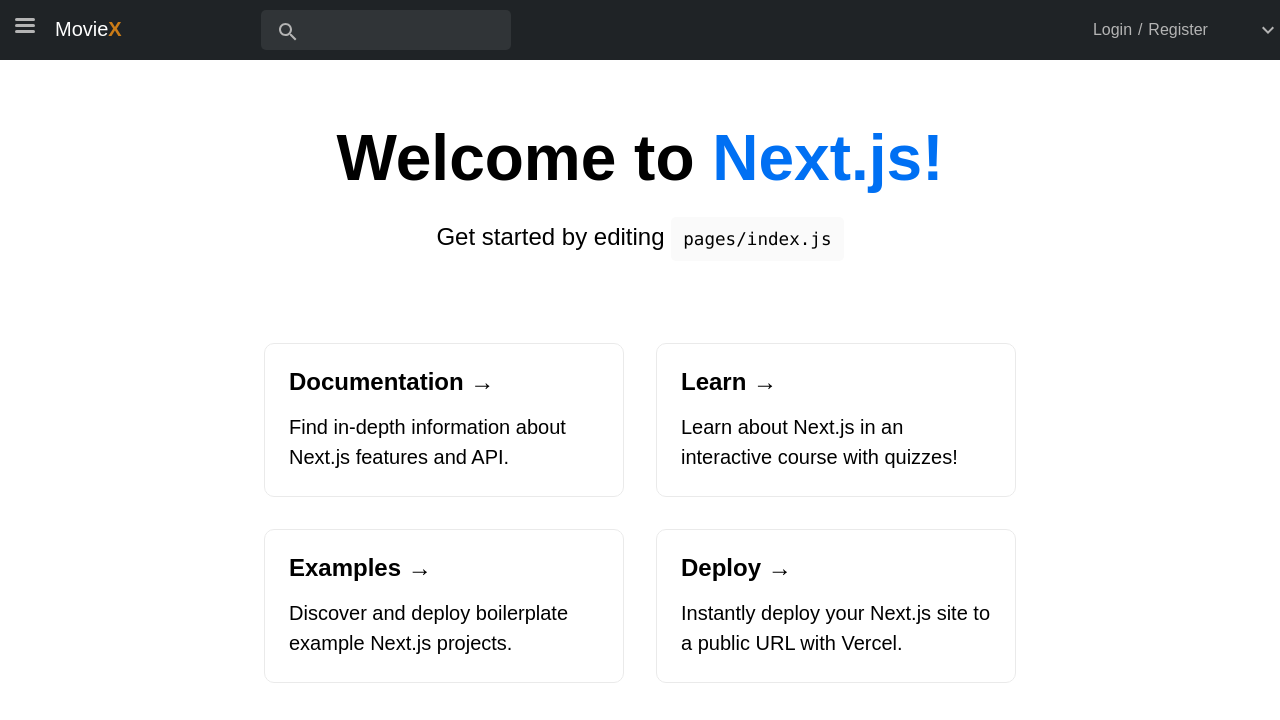
Repository: Amad-Mlinka/MovieTVBrowserNext
Page: /
These files come from the project's save history. The page is drawn as it stood at one moment and after the next save; the edit follows.
The browser window is 1280 px wide. The pictures show the whole page.
An inner scrolling area shows only its first screen. The project was rebuilt for these pictures with package versions that can differ from the ones it lists, and the page was loaded fresh each time. The framework's server and built-in components were replaced by stand-ins that run in the browser. Also part of the build but not shown: next.config.js.

Above is the page before, as saved 2021-07-29 23:07:02.

### pages/_app.js
import Layout from '../components/layout/Layout'
import '../styles/globals.scss'


function MyApp({ Component, pageProps }) {
  return (
    <Layout>
      <Component {...pageProps} />
    </Layout>


  )
}

export default MyApp

### components/layout/Layout.tsx
import React from 'react'
import Header from "../header/Header"

const Layout = ({children}) => {
    return (
        <>
        <Header/>
        <main>
            {children}
        </main>
        </>

    )
}

export default Layout

### styles/globals.scss
html, body {
  overflow-x: hidden;
  height: 100%;
}
body {
  background: #fff;
  padding: 0;
  margin: 0;
  font-family: 'Varela Round', sans-serif;
}

a {
  color: inherit;
  text-decoration: none;
}

* {
  box-sizing: border-box;
}

### styles/Home.module.scss
.container {
  min-height: 100vh;
  padding: 0 0.5rem;
  display: flex;
  flex-direction: column;
  justify-content: center;
  align-items: center;
  height: 100vh;
}

.main {
  padding: 5rem 0;
  flex: 1;
  display: flex;
  flex-direction: column;
  justify-content: center;
  align-items: center;
}

.footer {
  width: 100%;
  height: 100px;
  border-top: 1px solid #eaeaea;
  display: flex;
  justify-content: center;
  align-items: center;
}

.footer a {
  display: flex;
  justify-content: center;
  align-items: center;
  flex-grow: 1;
}

.title a {
  color: #0070f3;
  text-decoration: none;
}

.title a:hover,
.title a:focus,
.title a:active {
  text-decoration: underline;
}

.title {
  margin: 0;
  line-height: 1.15;
  font-size: 4rem;
}

.title,
.description {
  text-align: center;
}

.description {
  line-height: 1.5;
  font-size: 1.5rem;
}

.code {
  background: #fafafa;
  border-radius: 5px;
  padding: 0.75rem;
  font-size: 1.1rem;
  font-family: Menlo, Monaco, Lucida Console, Liberation Mono, DejaVu Sans Mono,
    Bitstream Vera Sans Mono, Courier New, monospace;
}

.grid {
  display: flex;
  align-items: center;
  justify-content: center;
  flex-wrap: wrap;
  max-width: 800px;
  margin-top: 3rem;
}

.card {
  margin: 1rem;
  padding: 1.5rem;
  text-align: left;
  color: inherit;
  text-decoration: none;
  border: 1px solid #eaeaea;
  border-radius: 10px;
  transition: color 0.15s ease, border-color 0.15s ease;
  width: 45%;
}

.card:hover,
.card:focus,
.card:active {
  color: #0070f3;
  border-color: #0070f3;
}

.card h2 {
  margin: 0 0 1rem 0;
  font-size: 1.5rem;
}

.card p {
  margin: 0;
  font-size: 1.25rem;
  line-height: 1.5;
}

.logo {
  height: 1em;
  margin-left: 0.5rem;
}

@media (max-width: 600px) {
  .grid {
    width: 100%;
    flex-direction: column;
  }
}

### components/header/Header.tsx
import React, { useState } from 'react'
import headerStyles from "../../styles/Header.module.scss"
import SearchIcon from '@material-ui/icons/Search';
import Avatar from '@material-ui/core/Avatar';
import KeyboardArrowDownIcon from '@material-ui/icons/KeyboardArrowDown';




const Header = () => {
    const [hamburger, setHamburger] = useState(false)
    const hamburgerToggle = () => {
        setHamburger(!hamburger);
    }
    return (
        <>
            <header className={headerStyles.header}>
                <div className={headerStyles.left}>
                    <div className={headerStyles.hamburgerLogo}>
                        <div className={headerStyles.hamburger} onClick={hamburgerToggle}>
                            <div className={`${headerStyles.spinner} ${headerStyles.diagonal} ${headerStyles.part1}`}></div>
                            <div className={`${headerStyles.spinner} ${headerStyles.horizontal}`}></div>
                            <div className={`${headerStyles.spinner} ${headerStyles.diagonal} ${headerStyles.part2}`}></div>
                        </div>
                        <div data-end="X" className={headerStyles.logo}>
                            <span>Movie</span>
                        </div>
                    </div>

                    <div className={headerStyles.search}>
                        <div className="searchContainer">
                            <SearchIcon className={headerStyles.searchIcon} />
                            <input type="search" name="searchBar" className={headerStyles.searchBar} ></input>
                        </div>

                    </div>
                </div>
                <div className={headerStyles.right}>
                <KeyboardArrowDownIcon className={headerStyles.expandButton}/>
                    <div className={headerStyles.profile}>
                        <div className={`${headerStyles.loggedIn} ${headerStyles.dNone}`}>

                            <Avatar className={headerStyles.avatar} alt="Amad Mlinaric"> AM </Avatar>
                        </div>
                        <div className={`${headerStyles.notLoggedIn}`}>
                            <div className={headerStyles.loginRegister}>
                                <div className={headerStyles.login}>
                                    <span>Login</span>
                                </div>
                                <span>/</span>
                                <div className={headerStyles.register}>
                                    <span>Register</span>
                                </div>
                            </div>
                        </div>
                    </div>
                </div>

            </header>
            <div className={headerStyles.sidebar}>


            </div>

        </>

    )
}

export default Header

### styles/Header.module.scss
@import "variables.scss";
@import "general.scss";

.header {
    display: flex;
    flex-direction: row;
    justify-content: space-between;
    position: relative;
    top: 0;
    left: 0;
    width: 100%;
    background: $base-color;
    height: 60px;
}
.header {
    display: flex;
    flex-direction: row;
    justify-content: space-between;
    position: relative;
    top: 0;
    left: 0;
    width: 100%;
    background: $base-color;
    height: 60px;
}
.left {
    display: flex;
    flex-direction: row;
    width: 50%;
    justify-content: flex-start;
    align-items: center;
    height: 100%;
}
.hamburgerLogo {
    display: flex;
    flex-direction: row;
}
.hamburger {
    transition: all 0.3s;
    box-sizing: border-box;
    cursor: pointer;
    z-index: 99;
    height: 25px;
    width: 25px;
    margin: 0px 15px;
}
.spinner {
    transition: all 0.3s;
    box-sizing: border-box;
    position: absolute;
    height: 3px;
    width: 20px;
    background-color: #b4b4b4;
    border-radius: 5px;
}
.horizontal {
    transition: all 0.3s;
    box-sizing: border-box;
    position: relative;
}
.diagonal {
    transition: all 0.3s;
    box-sizing: border-box;
    position: relative;
}

.part1 {
    margin-bottom: 3px;
}

.part2 {
    margin-top: 3px;
}

.logo {
    &::after {
        content: "X";
        color: $secondary-color;
        font-weight: bolder;
        font-size: 20px;
    }
    span{
        display: none;
    }
    font-size: 20px;
    color: white;

}
.search {
    position: absolute;
    left: 0;
    top: 60px;
    background: $base-color;
    width: 100%;
    display: flex;
    flex-direction: column;
    justify-content: center;
    align-items: center;

}
.searchContainer{
    width: 80%;
}
.searchIcon {
    position: absolute;
    margin: 10px 15px;
    color: #b4b4b4;
    height: 20px;
}

.searchBar {
    width: 100%;
    background: #303437;
    border: 0;
    height: 40px;
    border-radius: 5px;
    padding-left: 45px;
    caret-color: black;
    transition: background 0.3s ease-in-out;
    margin-bottom: 20px;
    &:focus {
        background: white;
        outline: none;
    }
}
.right{
    height: 100%;
    display: flex;
    flex-direction: row-reverse;
    align-items: center;
    width: 50%;
}
.expandButton{
    font-size: 40px;
    color: $tertiary-color;

}
.profile{
    display: flex;
    flex-direction: row;
    justify-content:flex-start;
   .loggedIn{
       display: flex;
   }
    .notLoggedIn{
        .loginRegister{
            display: flex;
            flex-direction: row;
            justify-content: space-between;
            color: #b4b4b4;
            width: 115px;
        }

    }
}

@include breakpoint(min-tablet){


    .header {
        display: flex;
        flex-direction: row;
        justify-content: space-between;
        position: relative;
        top: 0;
        left: 0;
        width: 100%;
        background: $base-color;
        height: 60px;
    }
    .left {
        display: flex;
        flex-direction: row;
        width: 50%;
        justify-content: flex-start;
        align-items: center;
        height: 100%;
    }
    .hamburgerLogo {
        display: flex;
        flex-direction: row;
    }
    .hamburger {
        transition: all 0.3s;
        box-sizing: border-box;
        cursor: pointer;
        z-index: 99;
        height: 25px;
        width: 25px;
        margin: 0px 15px;
    }
    .spinner {
        transition: all 0.3s;
        box-sizing: border-box;
        position: absolute;
        height: 3px;
        width: 20px;
        background-color: #b4b4b4;
        border-radius: 5px;
    }
    .horizontal {
        transition: all 0.3s;
        box-sizing: border-box;
        position: relative;
    }
    .diagonal {
        transition: all 0.3s;
        box-sizing: border-box;
        position: relative;
    }

    .part1 {
        margin-bottom: 3px;
    }

    .part2 {
        margin-top: 3px;
    }

    .logo {
        font-size: 20px;
        color: white;
        span{
            display: inline;
        }
        &::after {
            content: attr(data-end);
            color: $secondary-color;
            font-weight: bolder;
        }
    }
    .search {
        position: relative;
        margin-left: 10px;
        top: 0;
        left: 0;
    }
    .searchIcon {
        position: absolute;
        margin: 10px 15px;
        color: #b4b4b4;
        height: 20px;
    }

    .searchBar {
        width: 250px;
        background: #303437;
        border: 0;
        height: 40px;
        border-radius: 5px;
        padding-left: 45px;
        caret-color: black;
        transition: background 0.3s ease-in-out;
        margin: 0;
        &:focus {
            background: white;
            outline: none;
        }
    }
    .right{
        height: 100%;
        display: flex;
        flex-direction: row-reverse;
        align-items: center;
        width: 50%;
    }
    .profile{
        display: flex;
        flex-direction: row;
        width: 33%;
        justify-content: center;
        .loggedIn{
            .avatar{
                margin-left: 45px;
            }
        }
        .notLoggedIn{
            .loginRegister{
                display: flex;
                flex-direction: row;
                justify-content: space-between;
                color: #b4b4b4;
                width: 115px;
            }

        }
    }


}

### styles/variables.scss
$base-color:#1f2326;
$secondary-color:#cb7c17;
$tertiary-color:#b4b4b4;

@mixin breakpoint($point) {
    @if $point == min-desktop {
      @media (min-width: 993px) { @content ; }
   }
    @else if $point == min-laptop {
      @media (min-width: 769px) { @content ; }
   }
     @else if $point == min-tablet {
      @media (min-width: 593px) { @content ; }
   }
   @else if $point == min-mobile {
      @media (min-width: 0px)  { @content ; }

   }@else if $point == max-desktop {
      @media (max-width: 1200px) { @content ; }

   }@else if $point == max-laptop {
      @media (max-width: 992px) { @content ; }
   }
     @else if $point == max-tablet {
      @media (max-width: 768px) { @content ; }
   }
   @else if $point == max-mobile {
      @media (max-width: 592px)  { @content ; }

   }
 }

### styles/general.scss
.dNone{
    display: none !important;
}

Loaded but not shown: pages/index.js (common file)

After the next save:
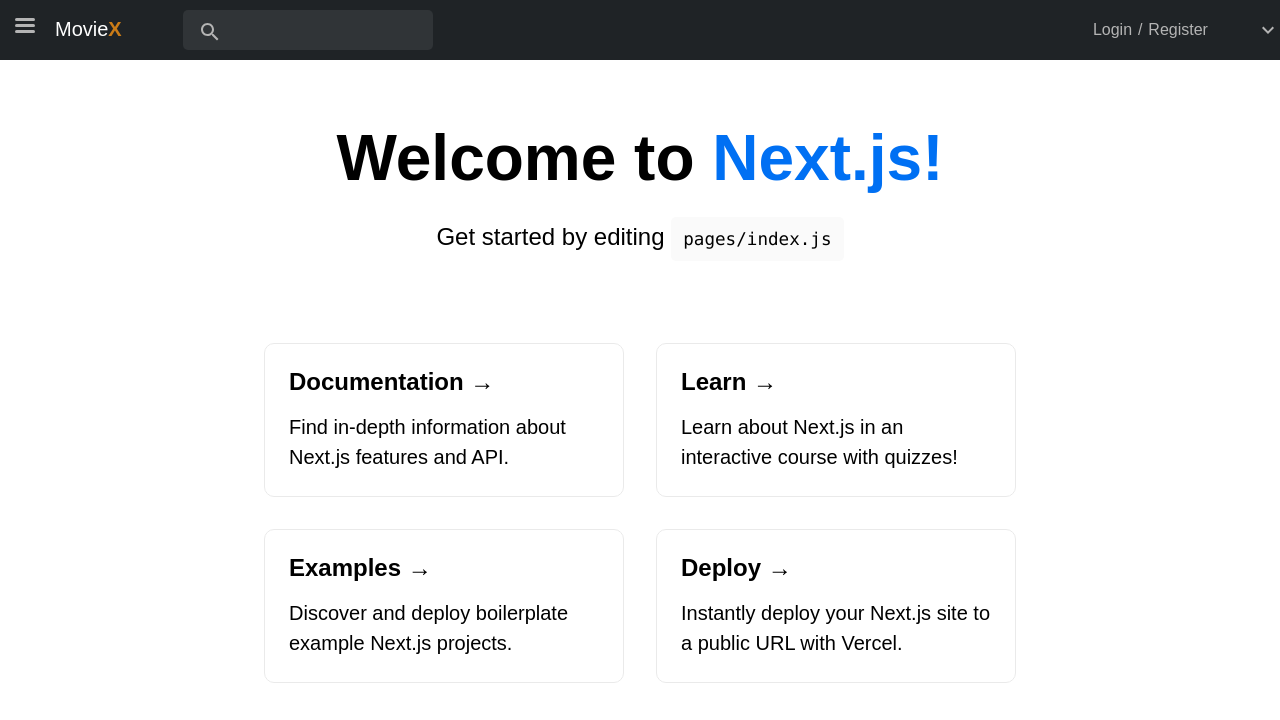
Saved 67 s later.
--- a/components/header/Header.tsx
+++ b/components/header/Header.tsx
@@ -28,7 +28,7 @@
                     </div>
 
                     <div className={headerStyles.search}>
-                        <div className="searchContainer">
+                        <div className={headerStyles.searchContainer}>
                             <SearchIcon className={headerStyles.searchIcon} />
                             <input type="search" name="searchBar" className={headerStyles.searchBar} ></input>
                         </div>
